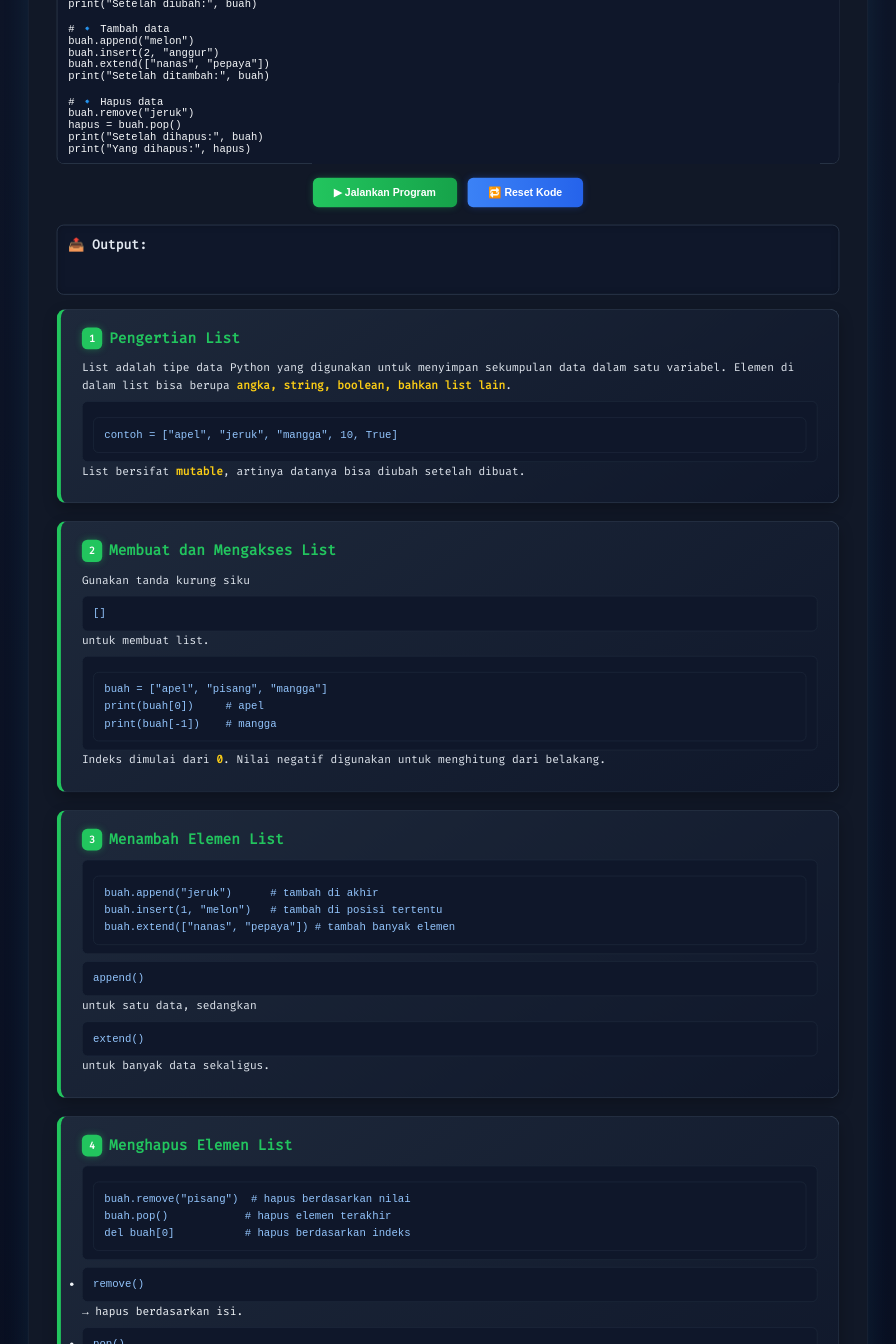
Repository: smkmutipugademak/Array
Page: index.html
The author's editor kept a copy of each file at every save. The page is drawn from the files as they stood at one save, then again after the next save.
The browser window is 1280 px wide. The pictures show the part of the page from y = 610 to 2530 px (the page is 5751 px tall before and 5792 px after), at 70% of full size.
An inner scrolling area shows only its first screen.

Above is the page before, as saved 2025-11-11 05:27:20.

After the next save:
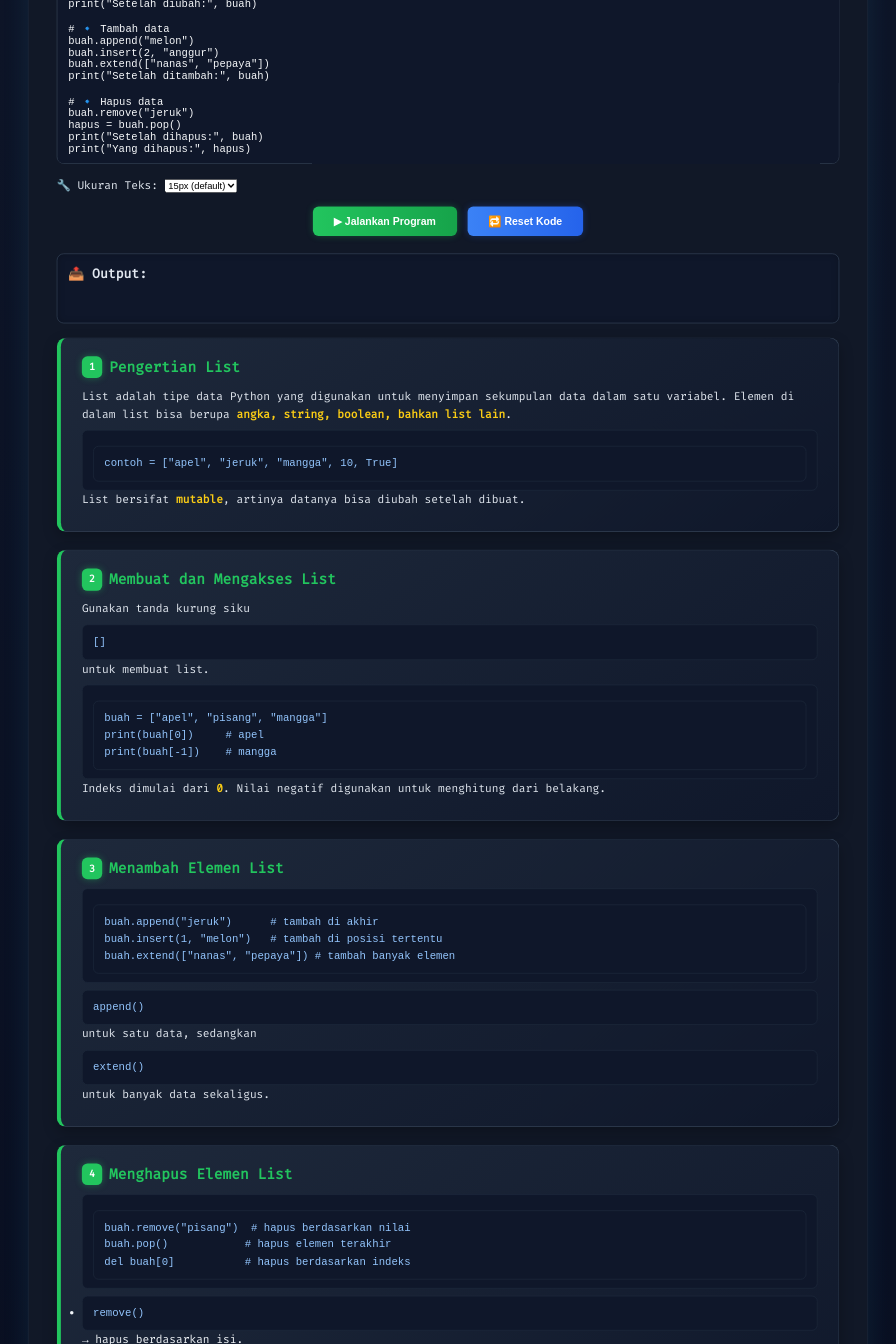
Saved 2 min 5 s later.
--- a/index.html
+++ b/index.html
@@ -34,6 +34,17 @@
             <div class="editor-section">
                 <label>💻 Kode Python:</label>
                 <textarea id="editor" spellcheck="false"></textarea>
+                <div class="editor-controls">
+                    <label for="fontSize">🔧 Ukuran Teks:</label>
+                    <select id="fontSize">
+                        <option value="13">13px</option>
+                        <option value="15" selected>15px (default)</option>
+                        <option value="17">17px</option>
+                        <option value="19">19px</option>
+                        <option value="21">21px</option>
+                        <option value="24">24px</option>
+                    </select>
+                </div>
 
                 <div class="btn-group">
                     <button id="runBtn">▶ Jalankan Program</button>
